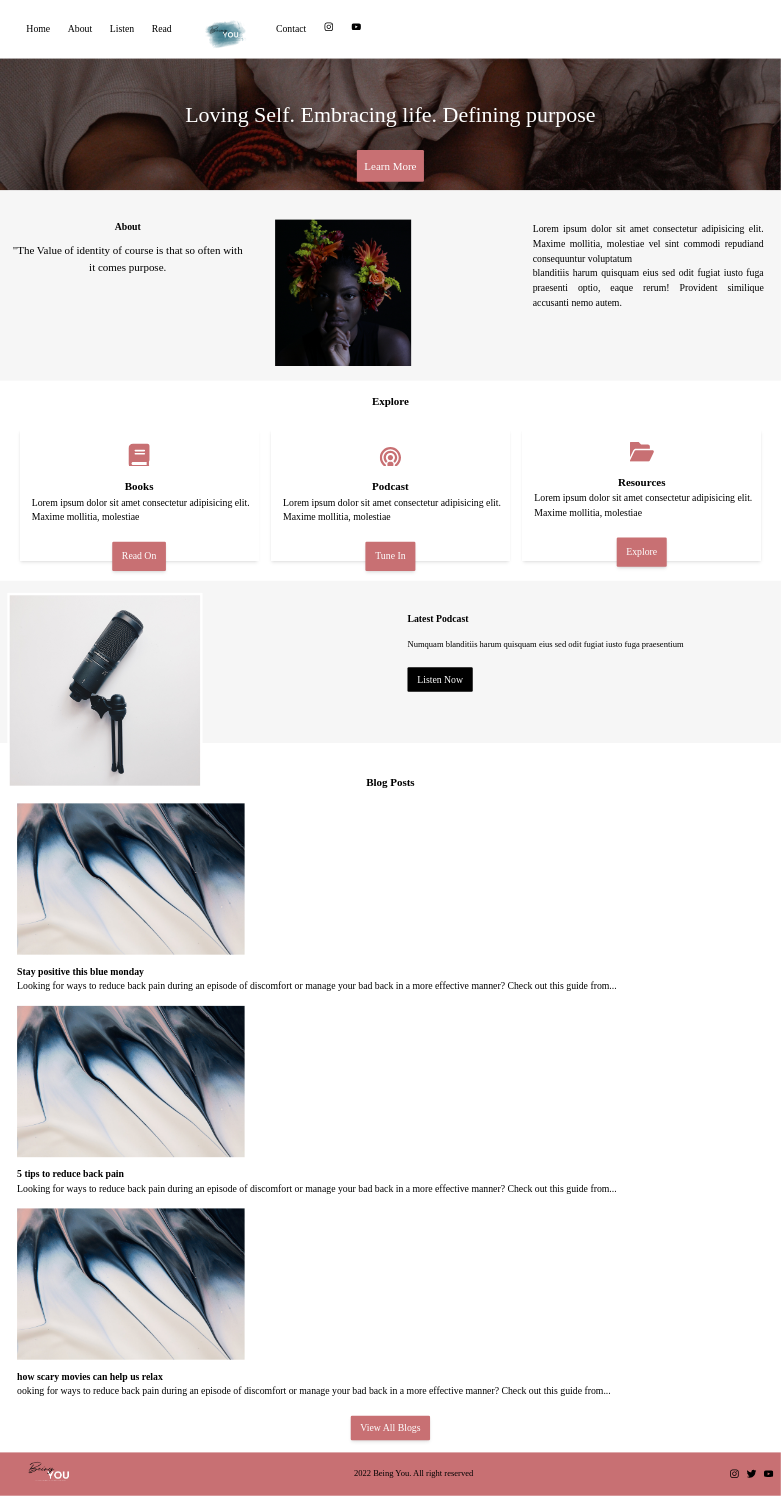
Repository: BrightonMboya/being-you
Page: /
The author's editor kept a copy of each file at every save. The page is drawn from the files as they stood at one save, then again after the next save.
The browser window is 1280 px wide. The pictures show the whole page, at 61% of full size.
The project was rebuilt for these pictures with package versions that can differ from the ones it lists, and the page was loaded fresh each time.

Above is the page before, as saved 2022-05-29 11:24:40.

### src/index.css
@tailwind base;
@tailwind components;
@tailwind utilities;

@layer base {
    html {
        font-family: Cormorant Garamond;
    }
}

### src/App.js
import React from "react";
import NavBar from './Components/Navbar/NavBar';
import HeroSection from "./Components/Hero-Section/HeroSection";
import About from "./Components/About/About"
import Explore from "./Components/Podcast/Explore";
import Podcast from "./Components/Podcast/Podcast";
import Blogs from "./Components/Blog/Blogs";
import Footer from "./Components/Footer/Footer";

function App() {
  return (
    <React.Fragment>
     <NavBar/>
     <HeroSection/>
     <About/>
     <Explore/>
     <Podcast/>
     <Blogs/>
     <Footer/>
    </React.Fragment>
  );
}

export default App;

### src/Components/Navbar/NavBar.jsx
import React, { useState } from 'react'
import { Link } from 'react-scroll'
import logo from '../../assets/logo.png'
import { FaBars, FaTimes, FaInstagram, FaYoutube } from 'react-icons/fa'

const NavBar = () => {
  const [nav, setNav] = useState(false)
  const handleClick = () => setNav(!nav)
  return (
    <React.Fragment>
      <div className="flex items-center justify-between shadow-md">
        <div className="md:hidden">
          <img src={logo} alt="" className="object-cover w-28 h-28" />
        </div>

        {/* menu */}
        <ul className="hidden md:flex gap-[4vh] ml-[6vh] mt-4">
          <li className="mt-5">
            <Link to="home" smooth={true} duration={500}>
              Home
            </Link>
          </li>
          <li className="mt-5">
            <Link to="about" smooth={true} duration={500}>
              About
            </Link>
          </li>
          <li className="mt-5">
            <Link to="listen" smooth={true} duration={500}>
              Listen
            </Link>
          </li>
          <li className="mt-5">
            <Link to="read" smooth={true} duration={500}>
              Read
            </Link>
          </li>
          <li>
            <img src={logo} alt="" className="object-cover w-30 h-20" />
          </li>
          <li className="mt-5">
            <Link to="contact" smooth={true} duration={500}>
              Contact
            </Link>
          </li>
          <li className="mt-5">
            <FaInstagram className="w-full" />
          </li>
          <li className="mt-5">
            <FaYoutube />
          </li>
        </ul>

        {/* Hamburger Menu */}
        <div className="md:hidden z-10" onClick={handleClick}>
          {!nav ? (
            <FaBars className="text-2xl w-full mr-8" />
          ) : (
            <FaTimes className="text-3xl  mr-3" />
          )}
        </div>

        {/* mobile menu */}
        <ul
          className={
            !nav
              ? 'hidden'
              : 'absolute top-0 left-0 w-full h-[60vh] flex flex-col justify-center items-center'
          }
        >
          <li className="text-2xl py-5">
            <Link onClick={handleClick} to="home" smooth={true} duration={500}>
              Home
            </Link>
          </li>
          <li className="text-2xl">
            <Link to="about" smooth={true} duration={500}>
              About
            </Link>
          </li>
          <li className="text-2xl">
            <Link to="listen" smooth={true} duration={500}>
              Listen
            </Link>
          </li>
          <li className="text-2xl">
            <Link to="read" smooth={true} duration={500}>
              Read
            </Link>
          </li>

          <li className="text-2xl">
            <Link to="contact" smooth={true} duration={500}>
              Contact
            </Link>
          </li>
        </ul>
      </div>
    </React.Fragment>
  )
}

export default NavBar

### src/Components/Hero-Section/HeroSection.jsx
import React from 'react'
import hero from '../../assets/hero.png'

const HeroSection = () => {
  return (
    <div
      style={{
        backgroundImage: `url(${hero})`,
        objectPosition: 'cover',
      }}
      className="object-cover bg-cover bg-no-repeat h-[30vh] md:h-[30vh]"
    >
      <div className="flex flex-col items-center justify-center pt-[7vh]">
        <h3 className="text-center text-xl text-white font-medium py-[3vh] md:text-4xl">
          Loving Self. Embracing life. Defining purpose
        </h3>

        <button className="bg-[#C87073] text-white py-1.5 mt-4 px-2.5 rounded-sm font-normal text-base md:py-3 px-3 text-lg">
          Learn More
        </button>
      </div>
    </div>
  )
}

export default HeroSection

### src/Components/About/About.jsx
import React from "react";
import about from "../../assets/about.jpg";

const About = () => {
  return (
    <div className="flex flex-col justify-center items-center bg-[#F6F6F6]">
      <div className="py-6 md:grid grid-cols-3 gap-3">
        <div className="mt-6">
          <h3 className="text-center font-semibold">About</h3>
          <p className="text-center px-4 md:mt-3 text-lg">
            "The Value of identity of course is that so often with it comes
            purpose.
          </p>
        </div>
        <div>
          <img src={about} alt="" className="mt-6 px-[10vh] h-60 md:px-5" />
        </div>
        <p className="text-center px-3 text-sm mt-7 md:text-base text-justify mr-4">
          Lorem ipsum dolor sit amet consectetur adipisicing elit. Maxime
          mollitia, molestiae vel sint commodi repudiand consequuntur voluptatum
          <br />
          blanditiis harum quisquam eius sed odit fugiat iusto fuga praesenti
          optio, eaque rerum! Provident similique accusanti nemo autem.
        </p>
      </div>
    </div>
  );
};

export default About;

### src/Components/Podcast/Explore.jsx
import React from "react";
import ExploreCard from "./ExploreCard";
import book from "../../assets/book.svg";
import podcast from "../../assets/podcast.svg";
import resources from "../../assets/resources.svg";

const Explore = () => {
  return (
    <div className="mt-5">
      <h3 className="text-center font-semibold text-lg">Explore</h3>
      <div className="flex flex-col px-8 md:grid grid-cols-3 gap-5">
        <ExploreCard
          image={book}
          title="Books"
          description="Lorem ipsum dolor sit amet consectetur adipisicing elit. Maxime mollitia, molestiae "
          action="Read On"
        />
        <ExploreCard
          image={podcast}
          title="Podcast"
          description="Lorem ipsum dolor sit amet consectetur adipisicing elit. Maxime mollitia, molestiae "
          action="Tune In"
        />
        <ExploreCard
          image={resources}
          title="Resources"
          description="Lorem ipsum dolor sit amet consectetur adipisicing elit. Maxime mollitia, molestiae "
          action="Explore"
        />

      </div>
    </div>
  );
};

export default Explore;

### src/Components/Podcast/Podcast.jsx
import React from "react";
import mic from "../../assets/mic.jpg";

const Podcast = () => {
  return (
    <div className="bg-[#F6F6F6] mt-8 h-[37vh]">
      <div className="grid grid-cols-2">
        <img
          src={mic}
          alt=""
          className="h-full w-25 object-cover ml-3  mt-5 border-4 border-white md:h-80 mt-12"
        />
        <div className="mt-[7vh] ml-7">
          <h3 className="font-semibold">Latest Podcast</h3>
          <p className="text-sm mr-5 mt-5">
            Numquam blanditiis harum quisquam eius sed odit fugiat iusto fuga
            praesentium
          </p>

          <button className="mt-7 bg-black text-white px-4 py-2 rounded-sm shadow-mdF">
            Listen Now
          </button>
        </div>
      </div>
    </div>
  );
};

export default Podcast;

### src/Components/Blog/Blogs.jsx
import React from "react";
import BlogCard from "./BlogCard";
import blog from "../../assets/blog.png";

const Blogs = () => {
  return (
    <div>
      <div className="mt-[7vh]">
        <h3 className="text-center font-semibold text-lg">Blog Posts</h3>
        <div>
          <BlogCard
            image={blog}
            title="Stay positive this blue monday"
            description="Looking for ways to reduce back pain during an episode of
            discomfort or manage your bad back in a more effective manner? Check out this guide from..."
          />
          <BlogCard
            image={blog}
            title="5 tips to reduce back pain"
            description="Looking for ways to reduce back pain during an episode of
            discomfort or manage your bad back in a more effective manner? Check out this guide from..."
          />
          <BlogCard
            image={blog}
            title="how scary movies can help us relax"
            description="ooking for ways to reduce back pain during an episode of
            discomfort or manage your bad back in a more effective manner? Check out this guide from..."
          />
        </div>

        <div className="flex items-center justify-center mb-5">
          <button className="mt-7 bg-[#C87073] text-white px-4 py-2 rounded-sm shadow-md">
            View All Blogs
          </button>
        </div>
      </div>
    </div>
  );
};

export default Blogs;

### src/Components/Footer/Footer.jsx
import React from "react";
import logo2 from '../../assets/logo2.png'
import {FaInstagram, FaTwitter, FaYoutube} from 'react-icons/fa'

const Footer = () => {
    const year = new Date().getFullYear();
  return <div className="bg-[#C87073] flex justify-between items-center">
      <div>
          <img src={logo2} alt="" className="h-full w-40" />
      </div>

      <div>
        <h2 className="text-sm">{year} Being You. All right reserved</h2>
      </div>

      <div className="flex gap-3 mr-3">
          <FaInstagram/>
          <FaTwitter/>
          <FaYoutube/>
      </div>
  </div>;
};

export default Footer;

### src/Components/Podcast/ExploreCard.jsx
import React from "react";

const ExploreCard = (props) => {
  return (
    <div className="mt-8">
      <div className="flex flex-col items-center shadow-md h-[30vh]">
        <img src={props.image} alt="" className="md:w-10 h-10 mt-5" />
        <h3 className="mt-5 font-semibold text-lg">{props.title}</h3>
        <p className="ml-5">{props.description}</p>

        <button className="mt-7 bg-[#C87073] text-white px-4 py-3 rounded-sm shadow-md">{props.action}</button>
      </div>
    </div>
  );
};

export default ExploreCard;

### src/Components/Blog/BlogCard.jsx
import React from 'react'

const BlogCard = (props) => {
  return (
    <div>
        <div className='px-7'>
            <img src={props.image} alt="" className='mt-5 object-cover'/>
            <h3 className='mt-4 font-semibold text-base'>{props.title}</h3>
            <p>{props.description}</p>
        </div>
    </div>
  )
}

export default BlogCard

Loaded but not shown: public/index.html (common file); src/index.js (common file); tailwind.config.js (common file)

After the next save:
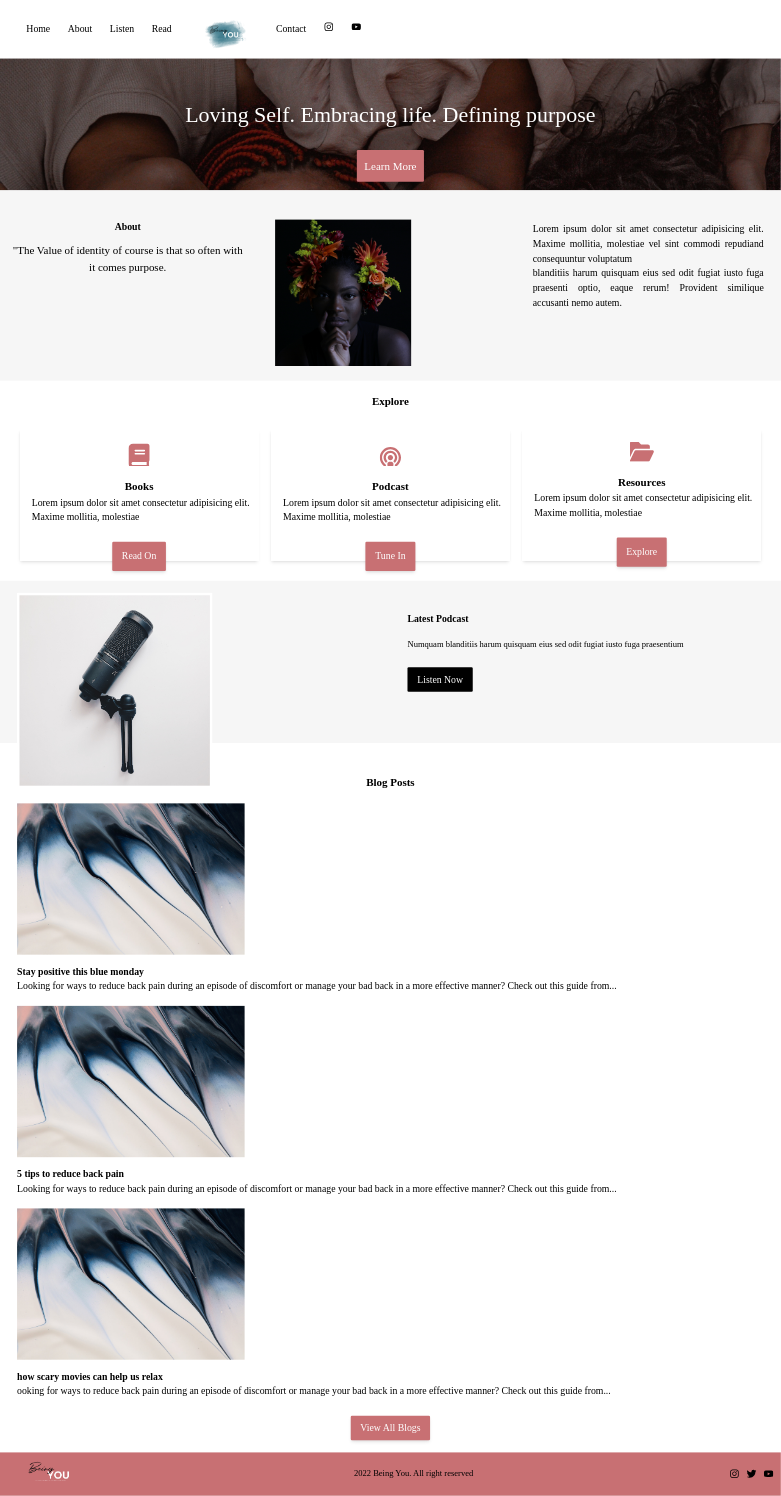
Saved 8 s later.
--- a/src/Components/Podcast/Podcast.jsx
+++ b/src/Components/Podcast/Podcast.jsx
@@ -8,7 +8,7 @@ const Podcast = () => {
         <img
           src={mic}
           alt=""
-          className="h-full w-25 object-cover ml-3  mt-5 border-4 border-white md:h-80 mt-12"
+          className="h-full w-25 object-cover ml-3  mt-5 border-4 border-white md:h-80 mt-12 ml-7"
         />
         <div className="mt-[7vh] ml-7">
           <h3 className="font-semibold">Latest Podcast</h3>
